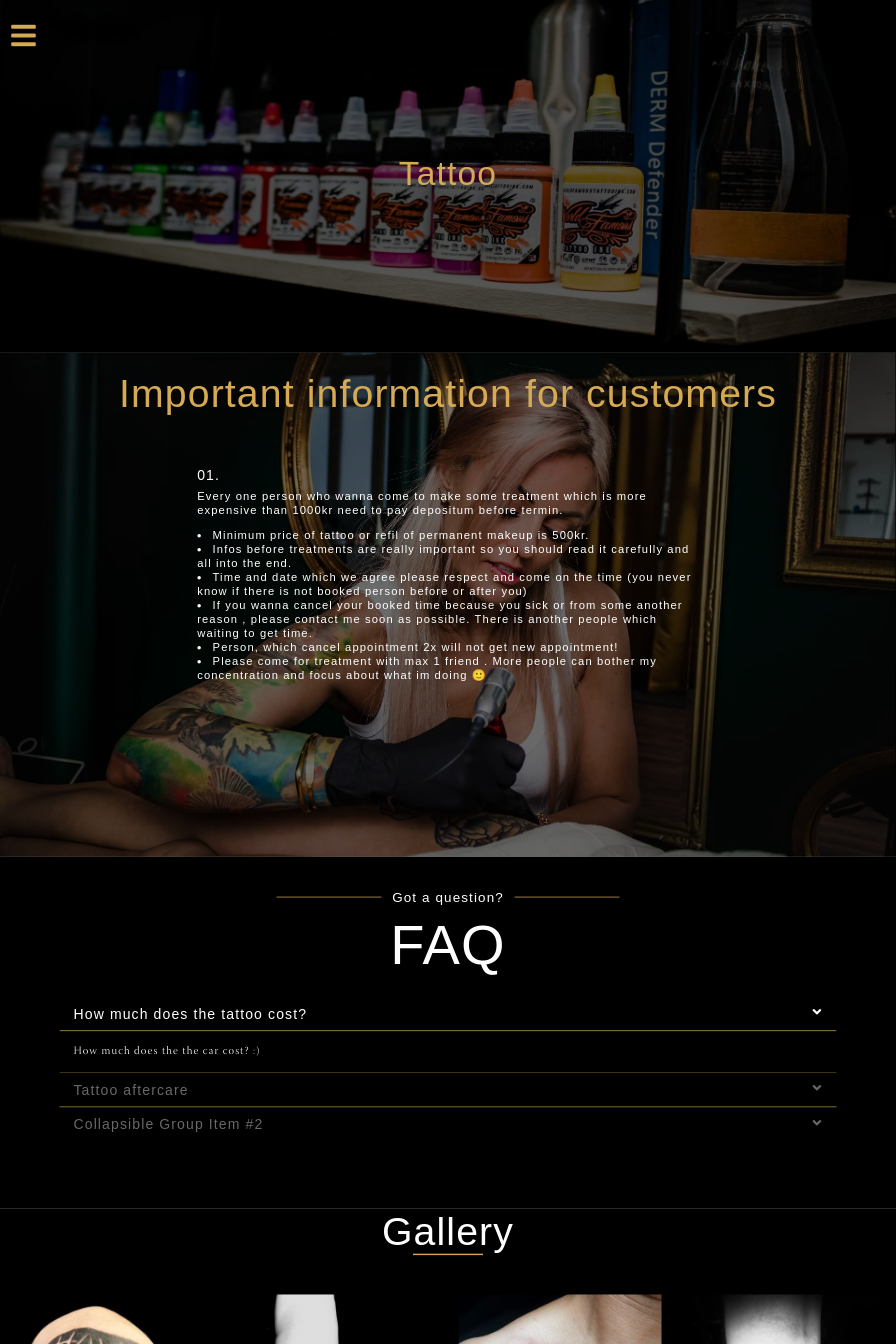
Repository: Spreceriany/TattooWeb
Page: tattoo-en.html
These files come from the project's save history. The page is drawn as it stood at one moment and after the next save; the edit follows.
The browser window is 1280 px wide. The pictures show the part of the page from y = 0 to 1920 px (the page is 3497 px tall), at 70% of full size.
Backgrounds fixed to the window are drawn as part of the page. Some web fonts or font styles are not loaded; a fallback is used. Some web libraries are served in a nearby version.

Above is the page before, as saved 2020-04-23 19:11:56.
Console error: TypeError: Cannot read properties of null (reading 'addEventListener')

### tattoo-en.html
<!DOCTYPE html>
<html>
<head>
    <meta charset='utf-8'>
    <meta http-equiv='X-UA-Compatible' content='IE=edge'>
    <title>Tattoo - Manovistudio</title>
    <meta name='viewport' content='width=device-width, initial-scale=1'>
    <link rel='stylesheet' type='text/css' media='screen' href='css/main.css'>

    <link rel="stylesheet" href="https://stackpath.bootstrapcdn.com/bootstrap/4.4.1/css/bootstrap.min.css" integrity="sha384-Vkoo8x4CGsO3+Hhxv8T/Q5PaXtkKtu6ug5TOeNV6gBiFeWPGFN9MuhOf23Q9Ifjh" crossorigin="anonymous">

    <link rel="stylesheet" href="https://use.fontawesome.com/releases/v5.11.2/css/all.css">

    <link rel="stylesheet" href="css/mdb.min.css">

    <link rel="stylesheet" href="css/lightgallery.min.css">

    <link rel="stylesheet" href="css/swiper.css">

    <link rel="stylesheet" href="css/aos.css">

    <link rel="stylesheet" href="css/style.css">
    <link rel="icon" type="image/png" href="/images/favicon-32x32.png" sizes="32x32" />
    <link rel="icon" type="image/png" href="/images/favicon-16x16.png" sizes="16x16" />
</head>
<body>
  <div style="overflow-x:hidden; position:relative">
  <div class="wrapper-tattoo">
    <button class="netflix-nav-btn netflix-open-btn">
   <i class="fas fa-bars fa-2x"></i>
</button>

<h1 class="gold site-section-heading2">Tattoo</h1>


<div class="netflix-nav netflix-nav-black">
   <div class="netflix-nav netflix-nav-red">
       <div class="netflix-nav netflix-nav-white">

           <button class="netflix-nav-btn netflix-close-btn"><i class="fas fa-times"></i></button>

           <img class="netflix-logo" src="images/GOLD.png" alt="ManoviStudio Logo" />

           <ul class="netflix-list">
               <li><a href="index-en.php">Home</a></li>
               <li><a href="index-en.php#about">About</a></li>
               <li><a href="index-en.php-en#services">Services</a></li>
               <li>
                   <ul>
                       <li><a href="tattoo-en.html" class="gold">Tattoo</a></li>
                       <li><a href="beauty-en.html" >Beauty</a></li>
                       <li><a href="piercing-en.html">Piercing</a></li>

                   </ul>
               </li>
               <li><a href="index-en.php#contact">Contact Us</a></li>

              <li>
                <a href="tattoo.html">Danish</a
                ><img
                  src="/images//denmark.svg"
                  alt="danish-flag"
                  class="flag"
                />
              </li>
           </ul>
       </div>
   </div>
</div>




</div>
<div style="overflow-x:hidden; position:relative">
  <div class="container-fluid tattoo-uvod py-4">
    <h2 class="gold  text-center display-4 ">Important information for customers</h2>
    <div class="row pt-5 justify-content-center d-flex">
      <div class=" col-sm-7 pt-3">

          <div class="text-white">
            <h5 class="inline-block">01.</h5>
            <p>Every one person who wanna come to make some treatment which is more expensive than 1000kr need to pay depositum before termin. </p>
            <li>Minimum price of tattoo or refil of permanent makeup is 500kr.</li>
            <li>Infos before treatments are really important so you should read it carefully and all into the end. </li>
            <li> Time and date which we agree please respect and come on the time (you never know if there is not booked person before or after you) </li>
            <li> If you wanna cancel your booked time because you sick or from some another reason , please contact me soon as possible. There is another people which waiting to get time. </li>
            <li>Person, which cancel appointment 2x will not get new appointment!</li>
            <li>Please come for treatment with max 1 friend . More people can bother my concentration and focus about what im doing 🙂</li>
          </div>
      </div>

    </div>
  </div>
<div class="container-fluid black-bg py-5" style="height: auto;"  data-aos="fade" data-aos-duration="2000">
  <div class="container align-items-center flex-column ">
    <div class="text-center" data-aos="zoom-in">
         <h2 class="subtitle fancy text-white" style="font-size: 1.2em;"><span>Got a question?</span></h2>
     <p style="font-size: 5em;" class="mt-5 text-white">FAQ</p>
    </div>


    <div class="accordion md-accordion py-5 " id="accordionEx" role="tablist" aria-multiselectable="true" data-aos="fade" data-aos-duration="2000">

      <!-- Accordion card -->
      <div class="card black-bg">

        <!-- Card header -->
        <div class="card-header panel-heading-active " role="tab" id="headingOne1">
          <a data-toggle="collapse" data-parent="#accordionEx" href="#collapseOne1" aria-expanded="true"
            aria-controls="collapseOne1">
            <h5 class="mb-0 ">
              How much does the tattoo cost? <i class="fas fa-angle-down rotate-icon float-right"></i>
            </h5>
          </a>
        </div>

        <!-- Card body -->
        <div id="collapseOne1" class="collapse show" role="tabpanel" aria-labelledby="headingOne1"
          data-parent="#accordionEx">
          <div class="card-body">
         How much does the the car cost? :)
          </div>
        </div>

      </div>
      <!-- Accordion card -->

      <!-- Accordion card -->
      <div class="card  black-bg">

        <!-- Card header -->
        <div class="card-header panel-heading-active" role="tab" id="headingTwo2">
          <a class="collapsed" data-toggle="collapse" data-parent="#accordionEx" href="#collapseTwo2"
            aria-expanded="false" aria-controls="collapseTwo2">
            <h5 class="mb-0 ">
              Tattoo aftercare <i class="fas fa-angle-down rotate-icon float-right"></i>
            </h5>
          </a>
        </div>

        <!-- Card body -->
        <div id="collapseTwo2" class="collapse" role="tabpanel" aria-labelledby="headingTwo2"
          data-parent="#accordionEx">
          <div class="card-body">


           <ol>
             <li>
               <h6>With protection film</h6>
               <p class="second-font">Leave Protective Film  3 days on tattoo. Could be hard to pull off the skin, simply let some warm water run under the tattoo film, so that the glue becomes tender and removal of the film is easier. You may also use tattoo cream to rub under the film with clean fingers to in order to remove the glue.
              </p>
             </li>
             <li>
               <h6>APPLY A THIN LAYER OF UNSCENTED MOISTURISING CREAM</h6>
               <p class="second-font">You should then apply a thin layer of an unscented moisturising cream like PHANTHENOL – we will tell you which we recommend. 3-5 times a day</p>
             </li>

 <li>
               <h6>KEEP THE TATTOO CLEAN AND DRY</h6>
               <p class="second-font">Keep the tattoo clean and dry, and avoid soaking it in water for at least a month (showers are ok, baths are not). If your clothes are likely to rub on it, keep it covered with gauze/clingfilm and medical tape.</p>
             </li>
             <li>
              <h6>AVOID DIRECT SUNLIGHT</h6>
              <p class="second-font">Avoid exposing it to direct sunlight unless necessary. Healed tattoos, especially coloured ones, can fade in the sun – so when it's completely healed, make sure it's covered in a high SPF if you're going to be catching some rays.</p>
            </li>
            <li>
              <h6> BE PATIENT WITH HEALING TIMES</h6>
              <p class="second-font">Healing times depend on how well you heal and the size of the design. This can range anywhere from around a week for simple, small line designs, to several months for complex, larger designs. Keep following your aftercare instructions for as long as the artist told you to, and make sure the tattoo is kept well-moisturised and clean for a good few months after that, avoiding abrasive skin products.</p>
            </li>
            <li>
              <h6>DO. NOT. ITCH.</h6>
              <p class="second-font">As the tattoo heals, it may scab or flake slightly. Avoid picking at it, as this may remove the ink in that area and lead to patches fading or being removed altogether. If it itches, don't scratch – slap it lightly instead. This should only last for the first few weeks or so – if it stays raised, itches uncontrollably, is red around the design, keeps bleeding for more than a day or so after having it done, or is continuously hot to the touch, go back to your artist or seek medical advice. Infected tattoos are very rare but can happen, and it's always worth getting it checked out if you're worried about it.</p>
            </li>
            <li>
              <h6>COME  BACK TO THE STUDIO FOR TOUCH UPS, IF NEEDED</h6>
              <p class="second-font">If you do lose ink, our studio will retouch it for free – bad tattoos and service lead to bad reputations, so it's in their interests to make sure you're happy with the final product. After about 5 weeks, come back if you need touch-ups on any area of the tattoo. WE WANT YOU TO BE HAPPY .
                ! Cover Max 6 months from date of treatment 😉 !</p>
            </li>
           </ol>
          </div>
        </div>

      </div>
      <!-- Accordion card -->

      <!-- Accordion card -->


      <div class="card  black-bg">

        <!-- Card header -->
        <div class="card-header panel-heading-active" role="tab" id="headingThree3">
          <a class="collapsed" data-toggle="collapse" data-parent="#accordionEx" href="#collapseThree3"
            aria-expanded="false" aria-controls="collapseThree3">
            <h5 class="mb-0 ">
              Collapsible Group Item #2 <i class="fas fa-angle-down rotate-icon float-right"></i>
            </h5>
          </a>
        </div>

        <!-- Card body -->
        <div id="collapseThree3" class="collapse" role="tabpanel" aria-labelledby="headingThree3"
          data-parent="#accordionEx">
          <div class="card-body">
            Anim pariatur cliche reprehenderit, enim eiusmod high life accusamus terry richardson ad squid. 3
            wolf moon officia aute, non cupidatat skateboard dolor brunch. Food truck quinoa nesciunt laborum
            eiusmod. Brunch 3 wolf moon tempor, sunt aliqua put a bird on it squid single-origin coffee nulla
            assumenda shoreditch et. Nihil anim keffiyeh helvetica, craft beer labore wes anderson cred
            nesciunt sapiente ea proident. Ad vegan excepteur butcher vice lomo. Leggings occaecat craft beer
            farm-to-table, raw denim aesthetic synth nesciunt you probably haven't heard of them accusamus
            labore sustainable VHS.
          </div>
        </div>

      </div>

        <!-- Accordion card -->

      </div>
<!-- Accordion wrapper -->

  </div>
</div>




<div class="site-wrap"  data-aos="fade">





  <div   data-aos="fade">
    <div class="container-fluid bg-black">

      <div class="row justify-content-center">

        <div class="col-md-7">
          <div class="row mb-5">
            <div class="col-12 ">
              <h2 class="site-section-heading text-center text-white">Gallery</h2>
            </div>
          </div>
        </div>

      </div>
      <div class="row gallery-container" id="lightgallery">
        <div class="col-sm-6 col-md-4 col-lg-4 col-xl-3 item img-gallery center-images-tattoo image-box" data-aos="fade" data-src="images/tattoo/IMG_1086.jpg" data-sub-html="<h4>Fading Light</h4><p>Lorem ipsum dolor sit amet, consectetur adipisicing elit. Dolor doloremque hic excepturi fugit, sunt impedit fuga tempora, ad amet aliquid?</p>">
          <a href="#"><img src="images/tattoo/IMG_1086.jpg" alt="Tattoo-image" class="img-fluid img-resize2"></a>
        </div>
        <div class="col-sm-6 col-md-4 col-lg-4 col-xl-3 item img-gallery center-images-tattoo image-box" data-aos="fade" data-src="images/tattoo/IMG_1089.jpg" data-sub-html="<h4>Fading Light</h4><p>Lorem ipsum dolor sit amet, consectetur adipisicing elit. Laboriosam omnis quaerat molestiae, praesentium. Ipsam, reiciendis. Aut molestiae animi earum laudantium.</p>">
          <a href="#"><img src="images/tattoo/IMG_1089.jpg" alt="Tattoo-image" class="img-fluid img-resize2"></a>
        </div>
        <div class="col-sm-6 col-md-4 col-lg-4 col-xl-3 item img-gallery  center-images-tattoo image-box" data-aos="fade" data-src="images/tattoo/IMG_1090.jpg" data-sub-html="<h4>Fading Light</h4><p>Lorem ipsum dolor sit amet, consectetur adipisicing elit. Quidem reiciendis, dolorum illo temporibus culpa eaque dolore rerum quod voluptate doloribus.</p>">
          <a href="#"><img src="images/tattoo/IMG_1090.jpg" alt="Tattoo-image" class="img-fluid img-resize2"></a>
        </div>
        <div class="col-sm-6 col-md-4 col-lg-4 col-xl-3 item img-gallery  center-images-tattoo image-box" data-aos="fade" data-src="images/tattoo/IMG_1095.jpg" data-sub-html="<h4>Fading Light</h4><p>Lorem ipsum dolor sit amet, consectetur adipisicing elit. Enim perferendis quae iusto omnis praesentium labore tempore eligendi quo corporis sapiente.</p>">
          <a href="#"><img src="images/tattoo/IMG_1095.jpg" alt="Tattoo-image" class="img-fluid img-resize2"></a>
        </div>
        <div class="col-sm-6 col-md-4 col-lg-4 col-xl-3 item img-gallery  center-images-tattoo image-box" data-aos="fade" data-src="images/tattoo/IMG_1102.jpg" data-sub-html="<h4>Fading Light</h4><p>Lorem ipsum dolor sit amet, consectetur adipisicing elit. Saepe, voluptatum voluptate tempore aliquam, dolorem distinctio. In quas maiores tenetur sequi.</p>">
          <a href="#"><img src="images/tattoo/IMG_1102.jpg" alt="Tattoo-image" class="img-fluid img-resize2"></a>
        </div>
        <div class="col-sm-6 col-md-4 col-lg-4 col-xl-3 item img-gallery  center-images-tattoo image-box" data-aos="fade" data-src="images/tattoo/IMG_1103.jpg" data-sub-html="<h4>Fading Light</h4><p>Lorem ipsum dolor sit amet, consectetur adipisicing elit. Saepe, voluptatum voluptate tempore aliquam, dolorem distinctio. In quas maiores tenetur sequi.</p>">
          <a href="#"><img src="images/tattoo/IMG_1103.jpg" alt="Tattoo-image" class="img-fluid img-resize2"></a>
        </div>
        <div class="col-sm-6 col-md-4 col-lg-4 col-xl-3 item img-gallery  center-images-tattoo image-box" data-aos="fade" data-src="images/tattoo/IMG_1454.jpg" data-sub-html="<h4>Fading Light</h4><p>Lorem ipsum dolor sit amet, consectetur adipisicing elit. Saepe, voluptatum voluptate tempore aliquam, dolorem distinctio. In quas maiores tenetur sequi.</p>">
          <a href="#"><img src="images/tattoo/IMG_1454.jpg" alt="Tattoo-image" class="img-fluid img-resize2"></a>
        </div>
        <div class="col-sm-6 col-md-4 col-lg-4 col-xl-3 item img-gallery  center-images-tattoo image-box" data-aos="fade" data-src="images/tattoo/IMG_1877.jpg" data-sub-html="<h4>Fading Light</h4><p>Lorem ipsum dolor sit amet, consectetur adipisicing elit. Saepe, voluptatum voluptate tempore aliquam, dolorem distinctio. In quas maiores tenetur sequi.</p>">
          <a href="#"><img src="images/tattoo/IMG_1877.jpg" alt="Tattoo-image" class="img-fluid img-resize2"></a>
        </div>
        <div class="col-sm-6 col-md-4 col-lg-4 col-xl-3 item img-gallery  center-images-tattoo image-box" data-aos="fade" data-src="images/tattoo/IMG_1878.jpg" data-sub-html="<h4>Fading Light</h4><p>Lorem ipsum dolor sit amet, consectetur adipisicing elit. Saepe, voluptatum voluptate tempore aliquam, dolorem distinctio. In quas maiores tenetur sequi.</p>">
          <a href="#"><img src="images/tattoo/IMG_1878.jpg" alt="Tattoo-image" class="img-fluid img-resize2"></a>
        </div>
        <div class="col-sm-6 col-md-4 col-lg-4 col-xl-3 item img-gallery  center-images-tattoo image-box" data-aos="fade" data-src="images/tattoo/IMG_1879.jpg" data-sub-html="<h4>Fading Light</h4><p>Lorem ipsum dolor sit amet, consectetur adipisicing elit. Saepe, voluptatum voluptate tempore aliquam, dolorem distinctio. In quas maiores tenetur sequi.</p>">
          <a href="#"><img src="images/tattoo/IMG_1879.jpg" alt="Tattoo-image" class="img-fluid img-resize2"></a>
        </div>
        <div class="col-sm-6 col-md-4 col-lg-4 col-xl-3 item img-gallery  center-images-tattoo image-box" data-aos="fade" data-src="images/tattoo/IMG_1884.jpg" data-sub-html="<h4>Fading Light</h4><p>Lorem ipsum dolor sit amet, consectetur adipisicing elit. Saepe, voluptatum voluptate tempore aliquam, dolorem distinctio. In quas maiores tenetur sequi.</p>">
          <a href="#"><img src="images/tattoo/IMG_1884.jpg" alt="Tattoo-image" class="img-fluid img-resize2"></a>
        </div>
        <div class="col-sm-6 col-md-4 col-lg-4 col-xl-3 item img-gallery  center-images-tattoo image-box" data-aos="fade" data-src="images/tattoo/arm_photo" data-sub-html="<h4>Fading Light</h4><p>Lorem ipsum dolor sit amet, consectetur adipisicing elit. Saepe, voluptatum voluptate tempore aliquam, dolorem distinctio. In quas maiores tenetur sequi.</p>">
          <a href="#"><img src="images/tattoo/arm_photo.jpg" alt="Tattoo-image" class="img-fluid img-resize2"></a>
        </div>







      </div>
    </div>
  </div>






  </div>


<div class="container-fluid px-0"  >
      <!--- Footer -->
      <footer class="footer-bs">
        <div class="row">
          <div class="col-md-4 footer-brand animated fadeInLeft d-flex col-12">
            <img
              src="images/GOLD.png"
              alt=""
              class=" d-flex justify-content-center align-self-center logo-footer mx-auto"
            />
          </div>
          <div class="col-12 col-md-4 text-center justify-content-center align-content-center d-flex   ">
            <p class="align-self-center mb-sm-4 gray">All right reserved &copy;</p>
          </div>

          <div
            class="col-md-4 col-12 footer-social animated fadeInDown d-flex flex-column mx-auto text-center justify-content-center align-items-center  "
          >
            <h4 class="gray">Follow Us</h4>
            <ul class="text-center flex-row d-flex mx-1">
              <li>
                <a href="https://www.instagram.com/alex_manovi_tattoo/">
                  <i class="fab fa-instagram fa-2x mb-1 ikonka hvr-bob" aria-hidden="true"></i>
                </a>
              </li>
              <li>
                <a href="https://www.facebook.com/manovistudio/">
                  <i class="fab fa-facebook fa-2x ikonka hvr-bob" aria-hidden="true"></i>
                </a>
              </li>
            </ul>
          </div>

        </div>
      </footer>
    </div>
</div>
  </div>
</body>
     <!-- Optional JavaScript -->
    <!-- jQuery first, then Popper.js, then Bootstrap JS -->
    <script  src="js/jquery-3.3.1.min.js"></script>
  <script defer src="js/swiper.min.js"></script>
  <script src="js/aos.js"></script>

  <script defer src="js/lightgallery-all.min.js"></script>

  <script src="js/main.js"></script>
  <script defer src="js/bootstrap.min.js"></script>
  <script src="js/js.js"></script>
  <script>
    $(document).ready(function () {
      $('#lightgallery').lightGallery();
    });
  </script>
  </body>
</html>

Loaded but not shown: css/mdb.min.css (library); css/lightgallery.min.css (library); css/swiper.css (library); css/aos.css (library); js/jquery-3.3.1.min.js (library); js/aos.js (library); js/swiper.min.js (library); js/lightgallery-all.min.js (library); js/bootstrap.min.js (library); js/main.js (294 lines, source omitted); js/js.js (142 lines, source omitted); css/style.css (1190 lines, source omitted); css/main.css (1997 lines, source omitted)

After the next save:
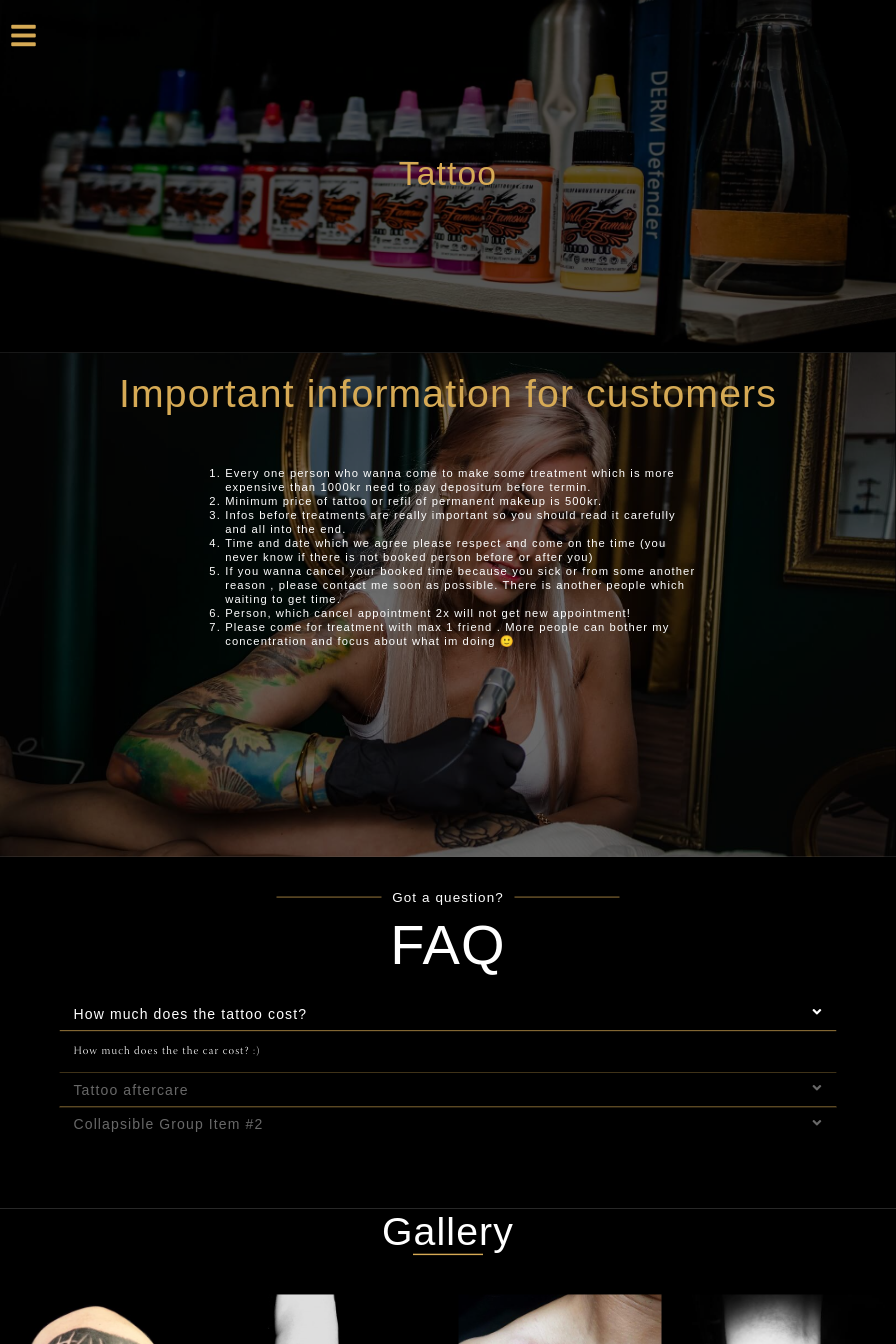
Saved 5 min 52 s later.
--- a/tattoo-en.html
+++ b/tattoo-en.html
@@ -78,16 +78,15 @@
     <div class="row pt-5 justify-content-center d-flex">
       <div class=" col-sm-7 pt-3">
 
-          <div class="text-white">
-            <h5 class="inline-block">01.</h5>
-            <p>Every one person who wanna come to make some treatment which is more expensive than 1000kr need to pay depositum before termin. </p>
+          <ol class="text-white order-style">
+            <li>Every one person who wanna come to make some treatment which is more expensive than 1000kr need to pay depositum before termin. </li>
             <li>Minimum price of tattoo or refil of permanent makeup is 500kr.</li>
             <li>Infos before treatments are really important so you should read it carefully and all into the end. </li>
             <li> Time and date which we agree please respect and come on the time (you never know if there is not booked person before or after you) </li>
             <li> If you wanna cancel your booked time because you sick or from some another reason , please contact me soon as possible. There is another people which waiting to get time. </li>
             <li>Person, which cancel appointment 2x will not get new appointment!</li>
             <li>Please come for treatment with max 1 friend . More people can bother my concentration and focus about what im doing 🙂</li>
-          </div>
+          </ol>
       </div>
 
     </div>
